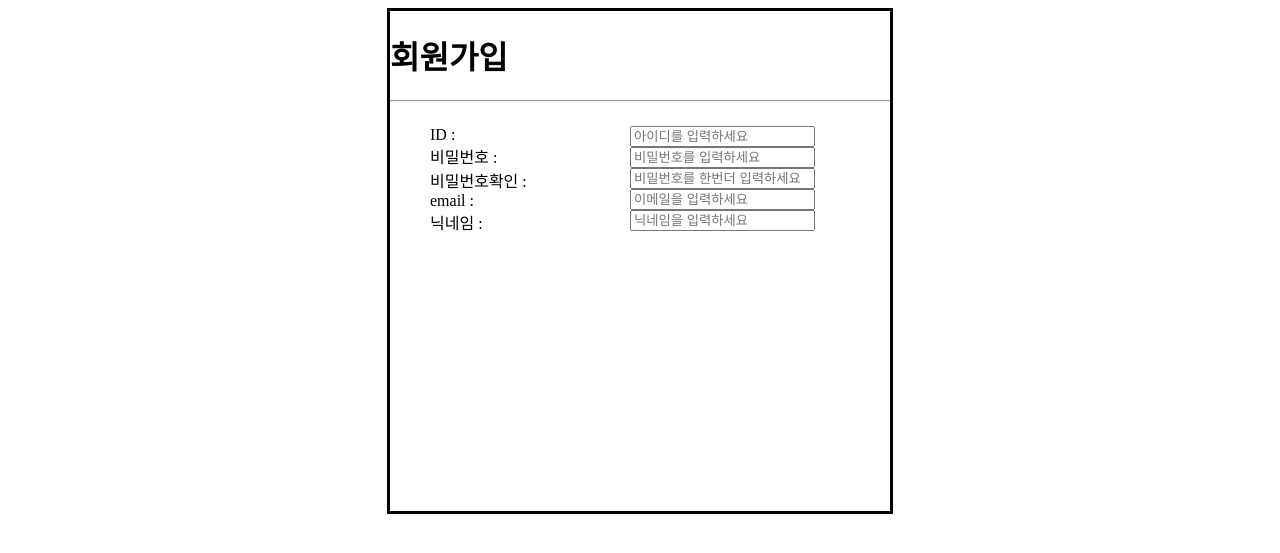
Repository: MySunTY/JSP
Page: http://localhost/PRAC/
An editor plug-in stored every save of this project. The page is shown before and after the next save, followed by the edit.
The browser window is 1280 px wide. The pictures show the whole page.
The page is served by Tomcat 9.

Above is the page before, as saved 2024-05-10 07:21:59.

After the next save:
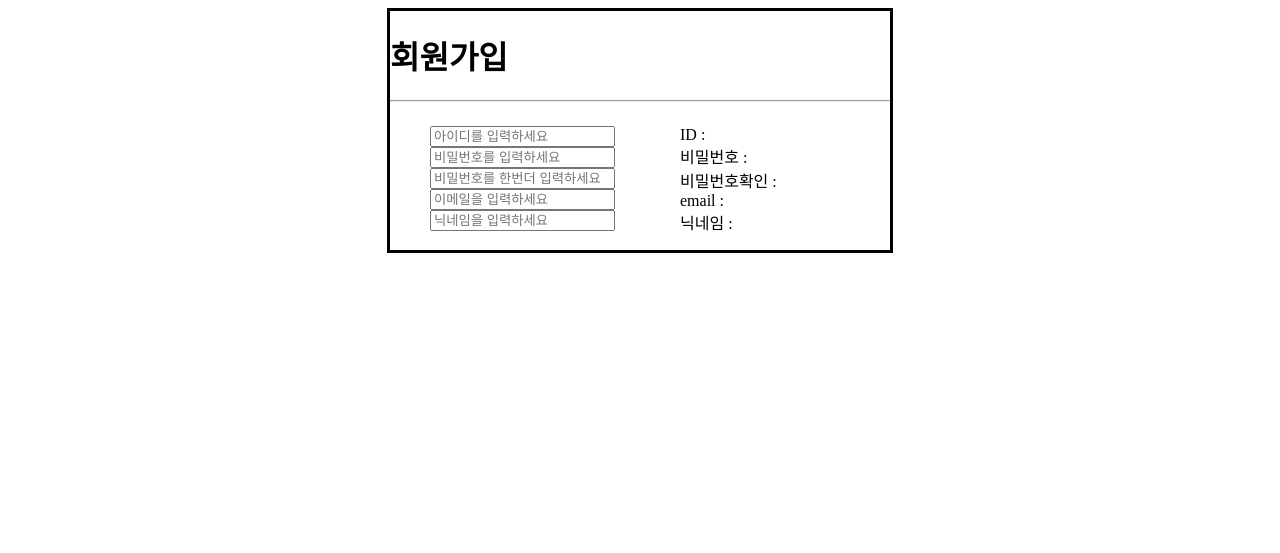
Saved 4 min 6 s later.
--- a/PRAC/src/main/webapp/index.jsp
+++ b/PRAC/src/main/webapp/index.jsp
@@ -8,7 +8,7 @@
 		<style>
 			#wrap{
 				width: 500px;
-				height : 500px;
+
 				border: 3px solid black;
 
 				margin : 0 auto;
@@ -18,12 +18,13 @@
 			}
 			.desc{
 				width: 200px;
+				display : inline-block;
 
-				float : left ;
 			}
 			.inputs{
 				width:250px;
 				float : left ;
+				display: inline-block;
 			}
 		</style>
 	</head>
